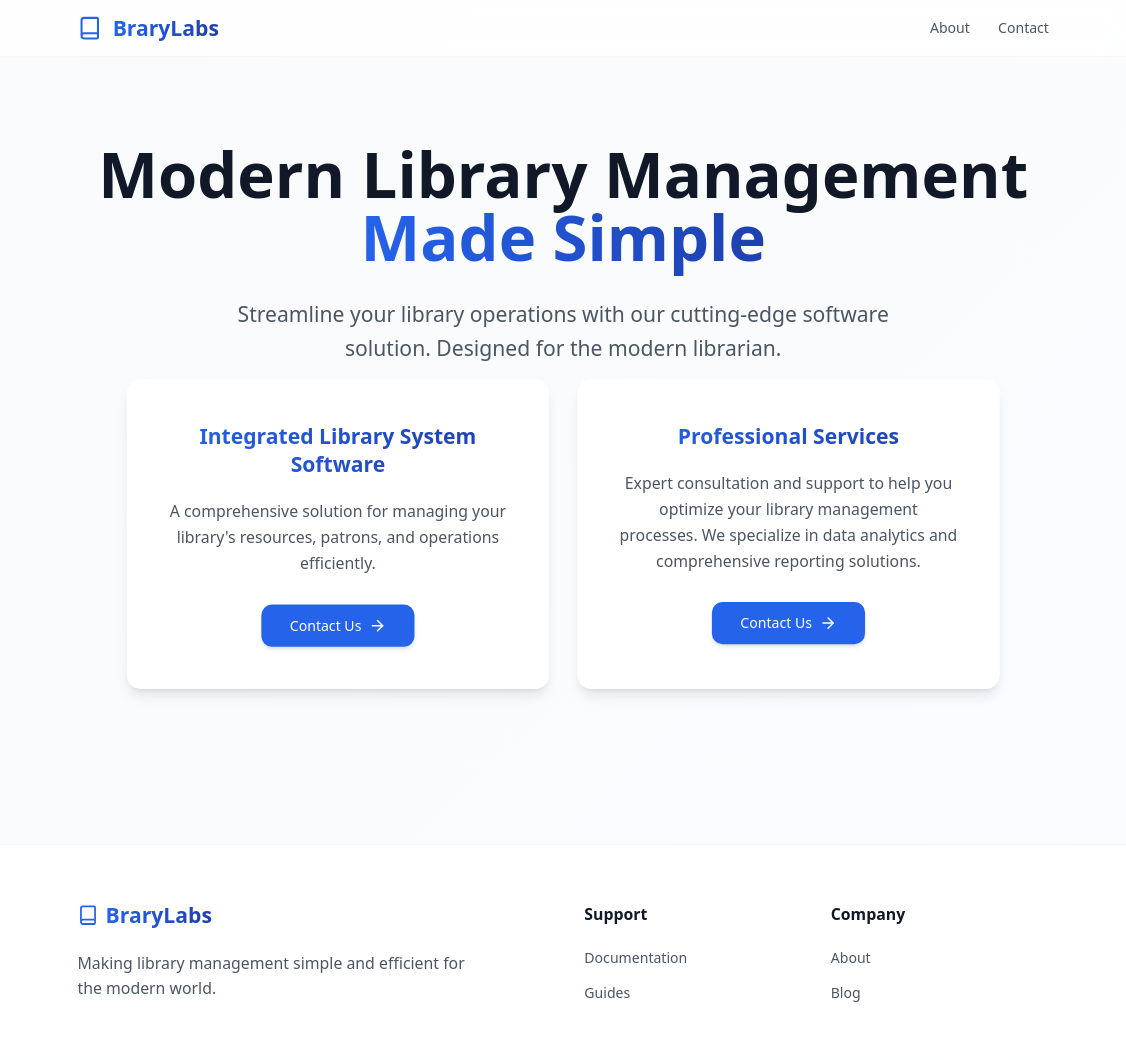
Repository: bgroble14/brarylabs-website
Page: /contact
An editor plug-in stored every save of this project. The page is shown before and after the next save, followed by the edit.
The browser window is 1280 px wide. The pictures show the whole page, at 88% of full size.
The project was rebuilt for these pictures with package versions that can differ from the ones it lists, and the page was loaded fresh each time. Also part of the build but not shown: vite.config.ts.

Above is the page before, as saved 2025-01-16 16:34:45.

After the next save:
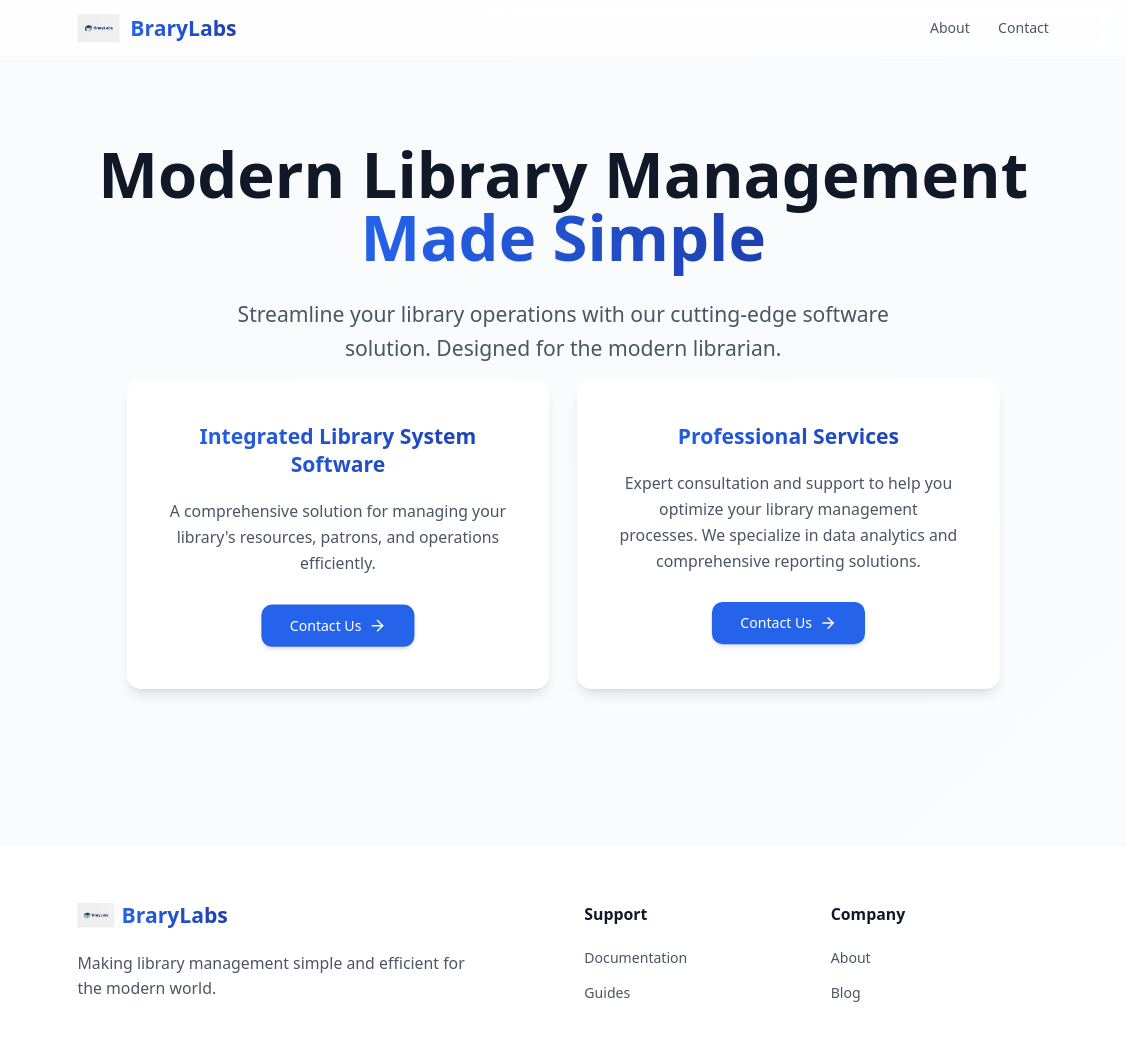
Saved 5 min 2 s later.
--- a/src/App.tsx
+++ b/src/App.tsx
@@ -34,7 +34,11 @@ function App() {
           <div className="flex justify-between items-center">
             <div className="flex items-center space-x-3">
               <div className="flex items-center group">
-                <Book className="h-7 w-7 text-blue-600 transform group-hover:scale-110 transition-transform duration-300" />
+                <img
+                  src="/logo.png"
+                  alt="BraryLabs Logo"
+                  className="h-8 w-auto transform group-hover:scale-110 transition-transform duration-300"
+                />
                 <span className="text-2xl font-bold ml-3 bg-clip-text text-transparent bg-gradient-to-r from-blue-600 to-blue-800">
                   BraryLabs
                 </span>
@@ -85,7 +89,11 @@ function App() {
           <div className="grid md:grid-cols-2 gap-12">
             <div>
               <div className="flex items-center space-x-2 mb-6">
-                <Book className="h-6 w-6 text-blue-600" />
+                <img
+                  src="/logo.png"
+                  alt="BraryLabs Logo"
+                  className="h-7 w-auto"
+                />
                 <span className="font-bold text-2xl bg-clip-text text-transparent bg-gradient-to-r from-blue-600 to-blue-800">
                   BraryLabs
                 </span>
